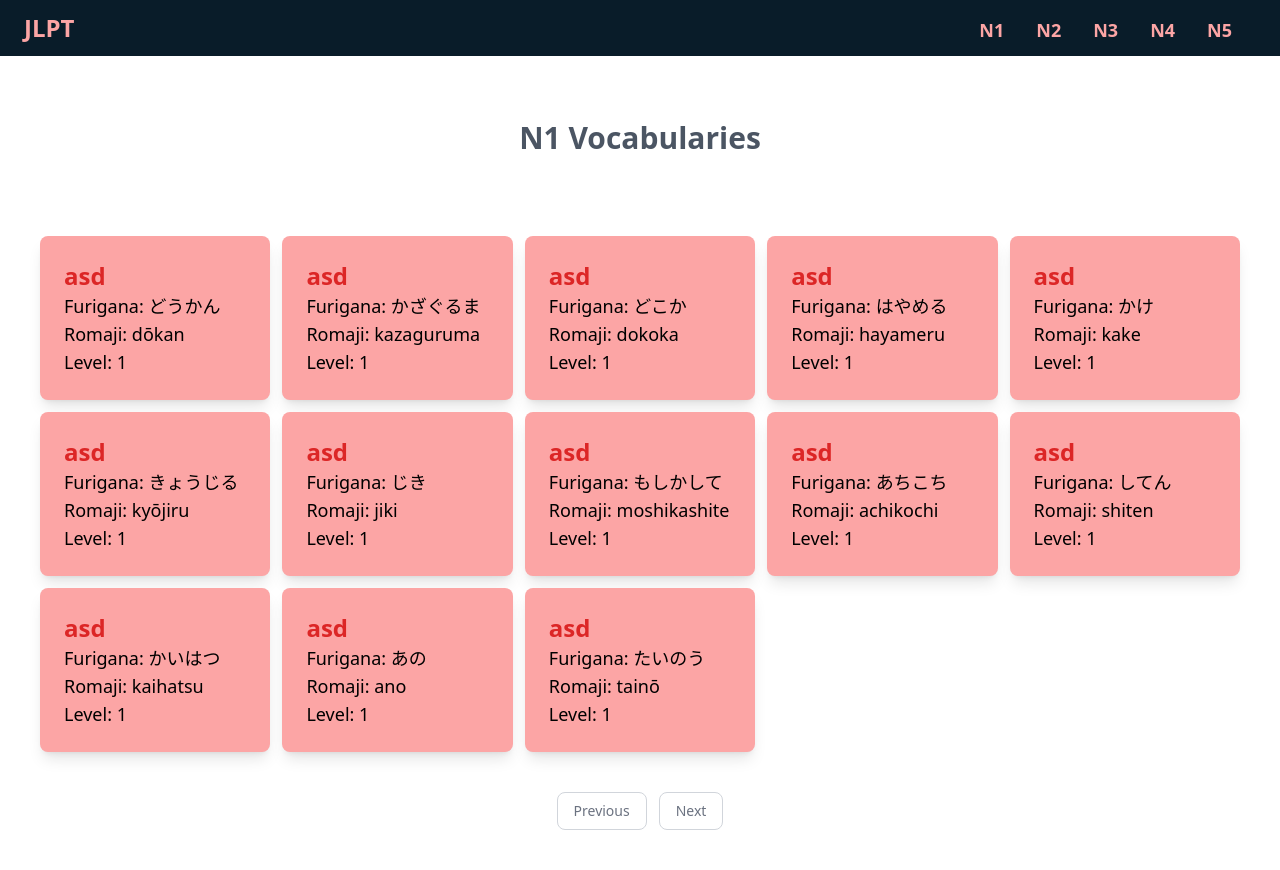
Repository: Penglee25/JLPT-vocabulary
Page: /n1
The author's editor kept a copy of each file at every save. The page is drawn from the files as they stood at one save, then again after the next save.
The browser window is 1280 px wide. The pictures show the whole page.
The project was rebuilt for these pictures with package versions that can differ from the ones it lists, and the page was loaded fresh each time. The framework's server and built-in components were replaced by stand-ins that run in the browser. Also part of the build but not shown: next.config.js, src/styles/main.css.

Above is the page before, as saved 2023-03-17 15:38:07.

After the next save:
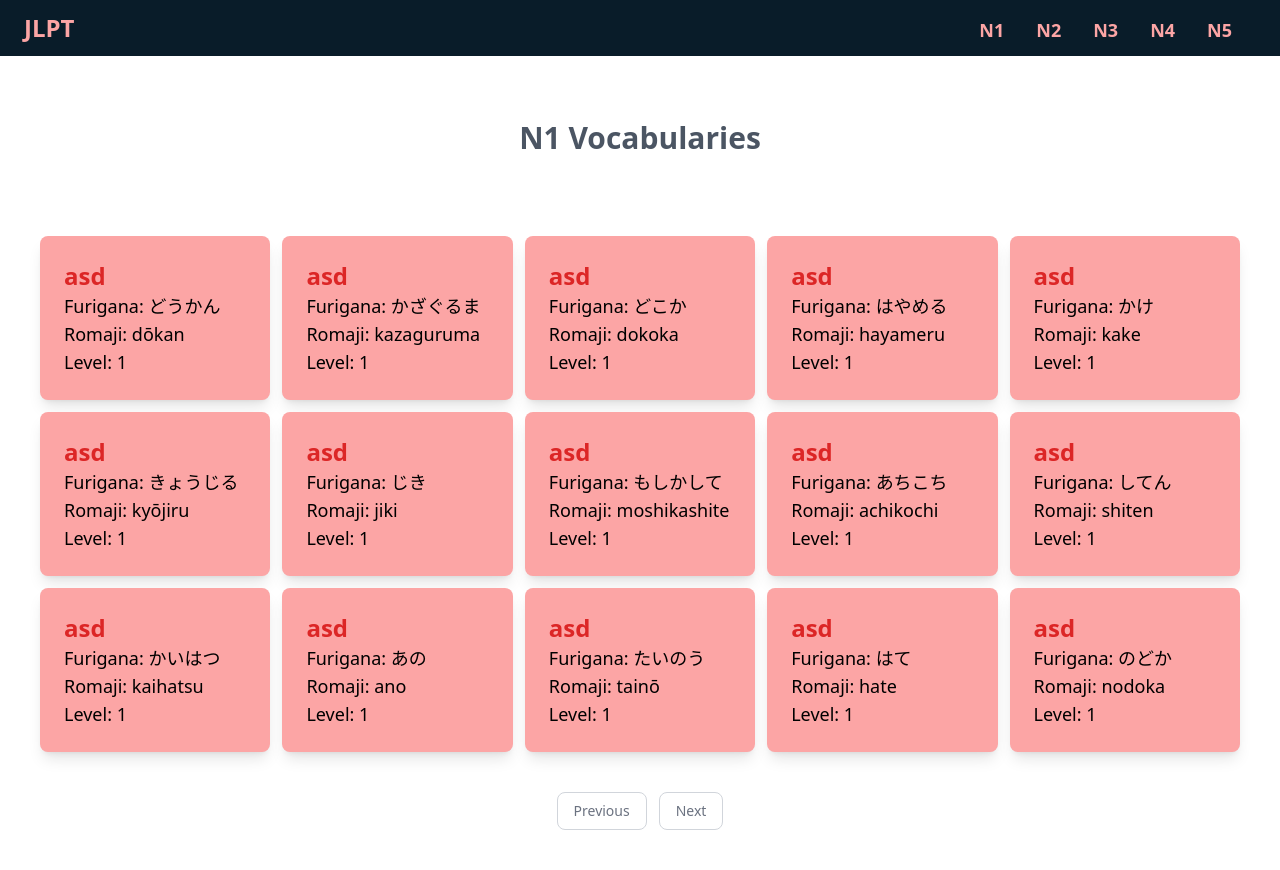
Saved 7 s later.
--- a/src/pages/n1.tsx
+++ b/src/pages/n1.tsx
@@ -6,7 +6,7 @@ export default function n1() {
 
     const [wordPost, setWordPost] = useState();
     const data = pickDB(1);
-    const itemsPerPage = 13;
+    const itemsPerPage = 15;
 
     const [currentPage, setCurrentPage] = useState(1);
     const totalPages = Math.ceil(data.length / itemsPerPage);
